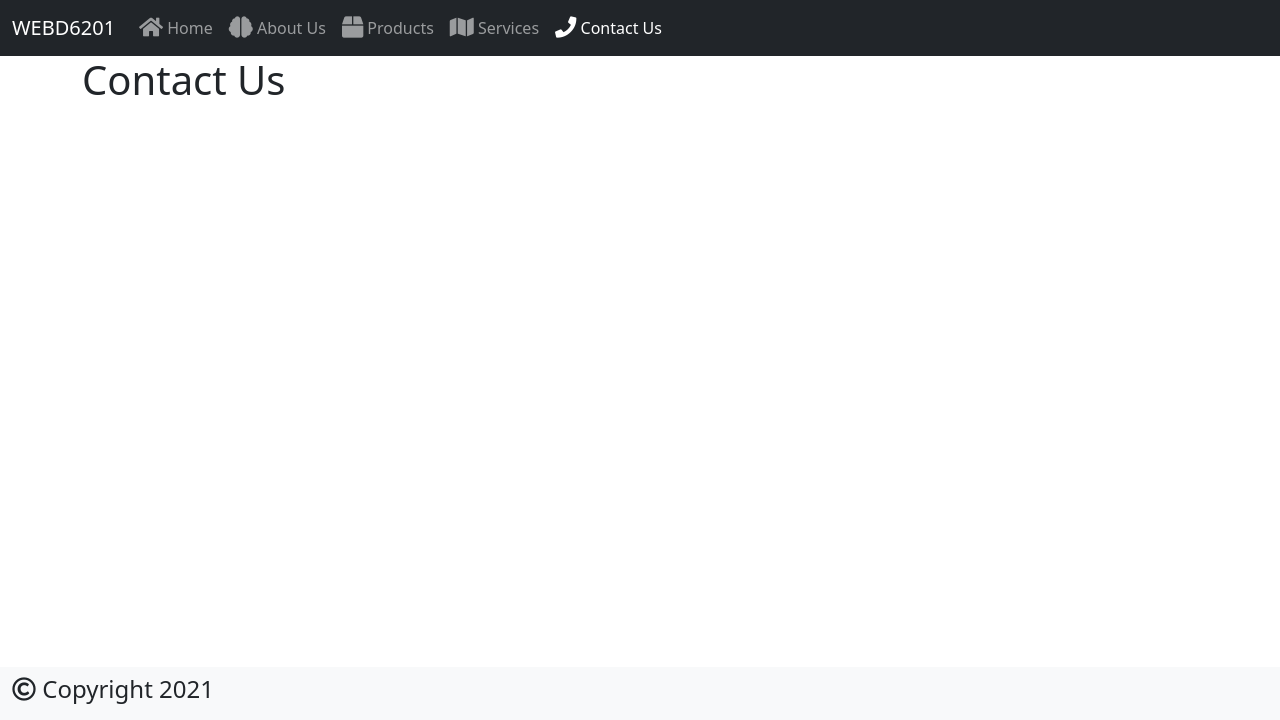
Repository: AshokSasi/WEBD6201-Week3
Page: contact.html
The author's editor kept a copy of each file at every save. The page is drawn from the files as they stood at one save, then again after the next save.
The browser window is 1280 px wide. The pictures show the whole page.

Above is the page before, as saved 2021-01-21 10:09:25.

After the next save:
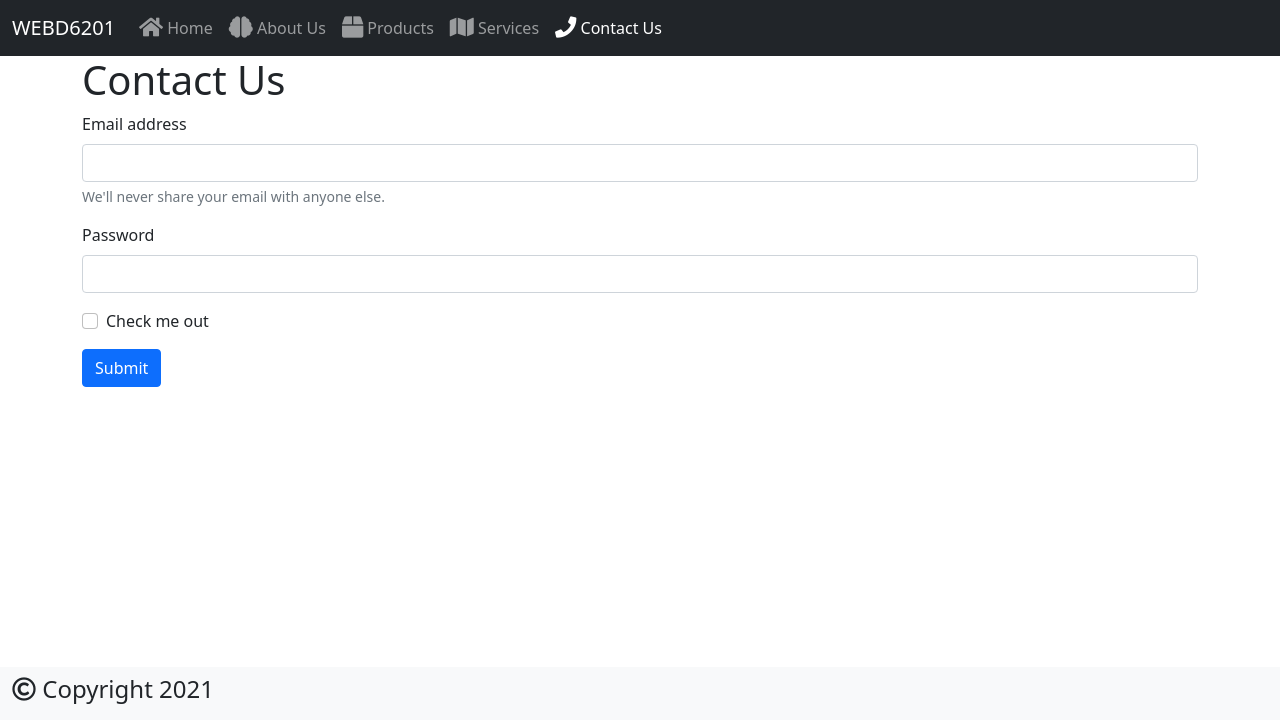
Saved 4 min 21 s later.
--- a/contact.html
+++ b/contact.html
@@ -47,6 +47,24 @@
     <main class="container">
         <h1>Contact Us</h1>
 
+        <!--Contact us form-->
+        <form>
+          <div class="mb-3">
+            <label for="exampleInputEmail1" class="form-label">Email address</label>
+            <input type="email" class="form-control" id="exampleInputEmail1" aria-describedby="emailHelp">
+            <div id="emailHelp" class="form-text">We'll never share your email with anyone else.</div>
+          </div>
+          <div class="mb-3">
+            <label for="exampleInputPassword1" class="form-label">Password</label>
+            <input type="password" class="form-control" id="exampleInputPassword1">
+          </div>
+          <div class="mb-3 form-check">
+            <input type="checkbox" class="form-check-input" id="exampleCheck1">
+            <label class="form-check-label" for="exampleCheck1">Check me out</label>
+          </div>
+          <button type="submit" class="btn btn-primary">Submit</button>
+        </form>
+
     </main>
 
     <!--Main Footer Nav -->
